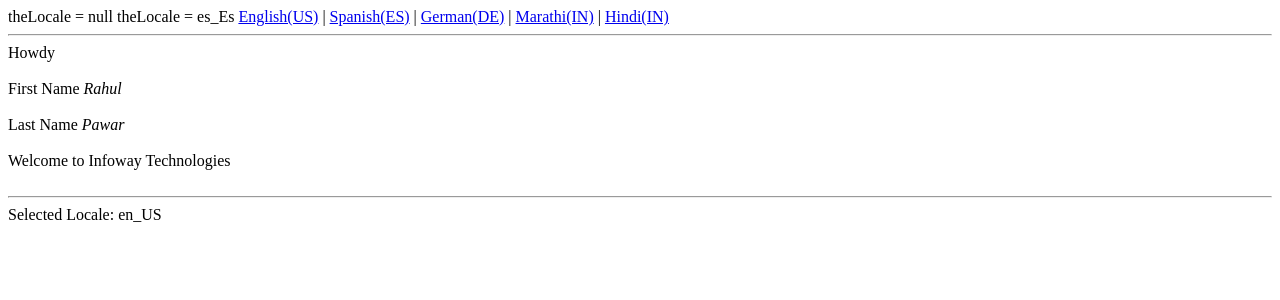
Repository: Gunjan1908/AdvanceJava
Page: http://localhost/tagdemo/i18n-messages-test.jsp?theLocale=en_US
The author's editor kept a copy of each file at every save. The page is drawn from the files as they stood at one save, then again after the next save.
The browser window is 1280 px wide. The pictures show the whole page.
The page is served by Tomcat 9.

Above is the page before, as saved 2023-11-29 07:35:32.

### tagdemo/WebContent/i18n-messages-test.jsp
<%@ page language="java" contentType="text/html; charset=UTF-8"
    pageEncoding="UTF-8"%>
    <%@ taglib uri="http://java.sun.com/jsp/jstl/core" prefix="c"%>
    <%@ taglib uri="http://java.sun.com/jsp/jstl/fmt" prefix="fmt"%>
<!DOCTYPE html PUBLIC "-//W3C//DTD HTML 4.01 Transitional//EN" "http://www.w3.org/TR/html4/loose.dtd">
<html>
<head>
<meta http-equiv="Content-Type" content="text/html; charset=UTF-8">
<title>Internationalization</title>

theLocale = null
theLocale = es_Es


<c:set var="theLocale"
value="${not empty param.theLocale ? param.theLocale : pageContext.request.locale}" scope="session" />
<!--
param.theLocale - Read the Locale param sent by Link
pageContent.request.locale - Read the Locale sent by browser HTTP request
 -->
<fmt:setLocale value="${theLocale}"/>
<fmt:setBundle basename="com.app.jsp.tagdemo.i18n.resources.mylabels"/>
</head>
<body>
<a href="i18n-messages-test.jsp?theLocale=en_US">English(US)</a>
|
<a href="i18n-messages-test.jsp?theLocale=es_ES">Spanish(ES)</a>
|
<a href="i18n-messages-test.jsp?theLocale=de_DE">German(DE)</a>
|
<a href="i18n-messages-test.jsp?theLocale=mr_IN">Marathi(IN)</a>
|
<a href="i18n-messages-test.jsp?theLocale=hi_IN">Hindi(IN)</a>

<hr>

<fmt:message key="label.greeting"/><br><br>
<fmt:message key="label.firstname"/><i> Rahul</i><br><br>
<fmt:message key="label.lastname"/><i> Pawar</i><br><br>
<fmt:message key="label.welcome"/><br><br>

<hr>

Selected Locale: ${theLocale}
</body>
</html>


<!-- com.app.jsp.tagdemo.i18n.resources.mylabels.mr_IN.properties -->

After the next save:
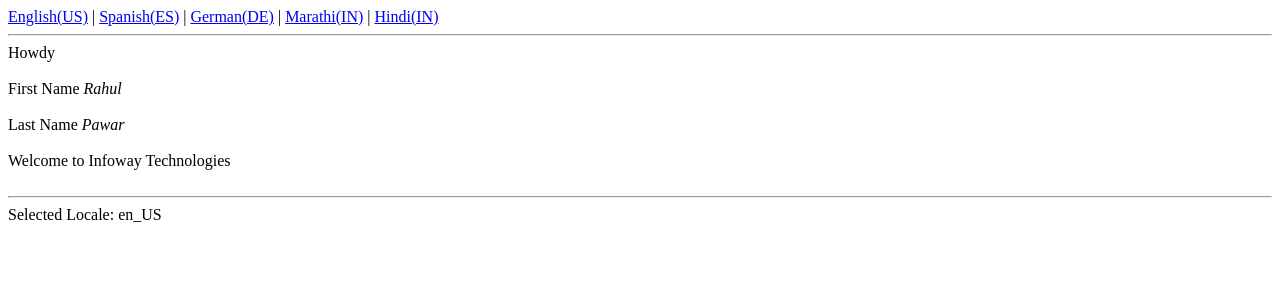
Saved 19 h 58 min later.
--- a/tagdemo/WebContent/i18n-messages-test.jsp
+++ b/tagdemo/WebContent/i18n-messages-test.jsp
@@ -7,11 +7,6 @@
 <head>
 <meta http-equiv="Content-Type" content="text/html; charset=UTF-8">
 <title>Internationalization</title>
-
-theLocale = null
-theLocale = es_Es
-
-
 <c:set var="theLocale"
 value="${not empty param.theLocale ? param.theLocale : pageContext.request.locale}" scope="session" />
 <!--
